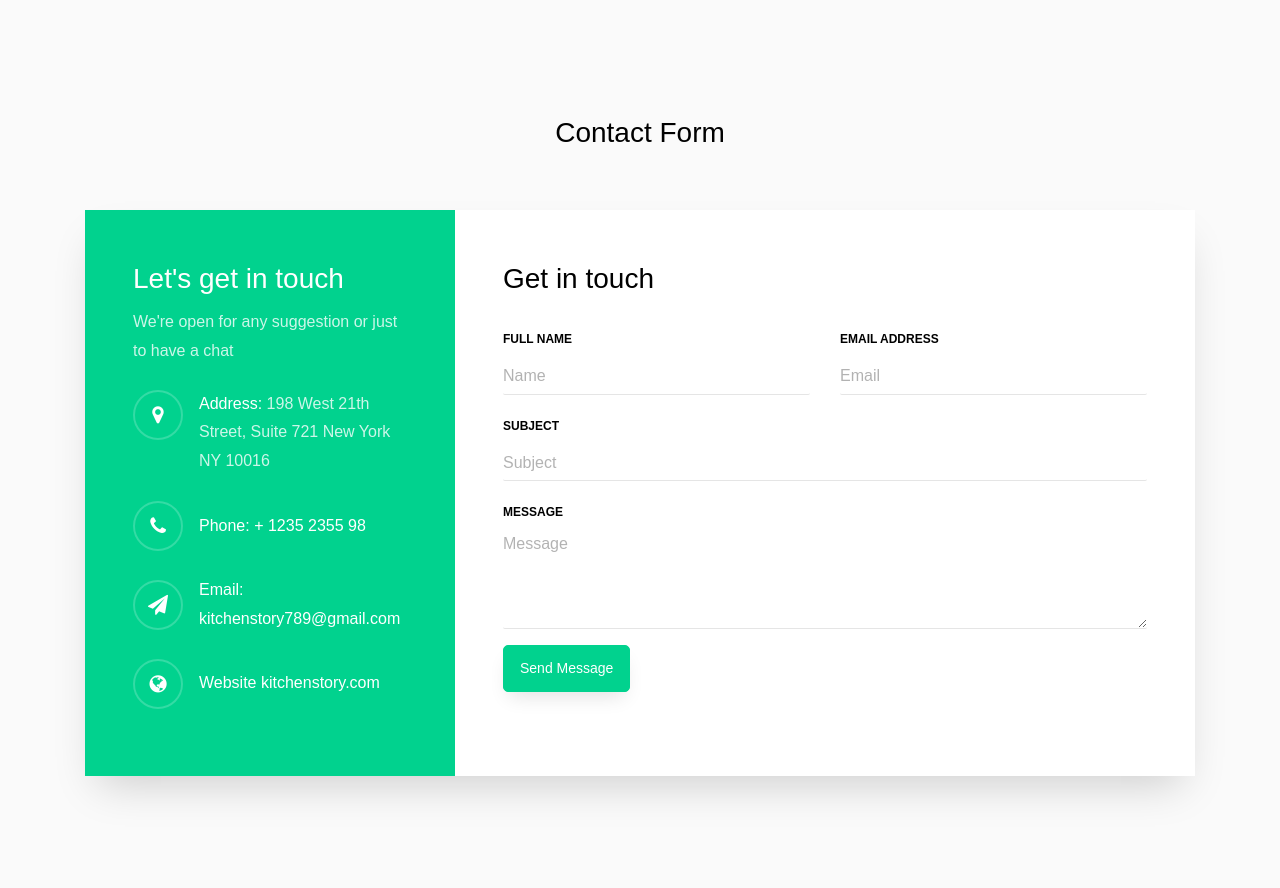
Repository: manishmachha/project-kitchenStory
Page: Phase 4 Kitchen Story/src/main/webapp/MessageUS/messageUs.html
These files come from the project's save history. The page is drawn as it stood at one moment and after the next save; the edit follows.
The browser window is 1280 px wide. The pictures show the whole page.

Above is the page before, as saved 2022-03-08 07:00:07.

### Phase 4 Kitchen Story/src/main/webapp/MessageUS/messageUs.html
<!doctype html>
<html lang="en">

<head>
    <title>Contact Form 02</title>
    <meta charset="utf-8">
    <meta name="viewport" content="width=device-width, initial-scale=1, shrink-to-fit=no">

    <link href='https://fonts.googleapis.com/css?family=Roboto:400,100,300,700' rel='stylesheet' type='text/css'>

    <link rel="stylesheet" href="https://stackpath.bootstrapcdn.com/font-awesome/4.7.0/css/font-awesome.min.css">

    <link rel="stylesheet" href="css/style.css">

</head>

<body>
    <section class="ftco-section">
        <div class="container">
            <div class="row justify-content-center">
                <div class="col-md-6 text-center mb-5">
                    <h2 class="heading-section">Contact Form</h2>
                </div>
            </div>
            <div class="row justify-content-center">
                <div class="col-md-12">
                    <div class="wrapper">
                        <div class="row no-gutters">
                            <div class="col-lg-8 col-md-7 order-md-last d-flex align-items-stretch">
                                <div class="contact-wrap w-100 p-md-5 p-4">
                                    <h3 class="mb-4">Get in touch</h3>
                                    <div id="form-message-warning" class="mb-4"></div>
                                    <div id="form-message-success" class="mb-4">
                                        Your message was sent, thank you!
                                    </div>
                                    <form method="POST" id="contactForm" name="contactForm" class="contactForm">
                                        <div class="row">
                                            <div class="col-md-6">
                                                <div class="form-group">
                                                    <label class="label" for="name">Full Name</label>
                                                    <input type="text" class="form-control" name="name" id="name" placeholder="Name">
                                                </div>
                                            </div>
                                            <div class="col-md-6">
                                                <div class="form-group">
                                                    <label class="label" for="email">Email Address</label>
                                                    <input type="email" class="form-control" name="email" id="email" placeholder="Email">
                                                </div>
                                            </div>
                                            <div class="col-md-12">
                                                <div class="form-group">
                                                    <label class="label" for="subject">Subject</label>
                                                    <input type="text" class="form-control" name="subject" id="subject" placeholder="Subject">
                                                </div>
                                            </div>
                                            <div class="col-md-12">
                                                <div class="form-group">
                                                    <label class="label" for="#">Message</label>
                                                    <textarea name="message" class="form-control" id="message" cols="30" rows="4" placeholder="Message"></textarea>
                                                </div>
                                            </div>
                                            <div class="col-md-12">
                                                <div class="form-group">
                                                    <input type="submit" value="Send Message" class="btn btn-primary">
                                                    <div class="submitting"></div>
                                                </div>
                                            </div>
                                        </div>
                                    </form>
                                </div>
                            </div>
                            <div class="col-lg-4 col-md-5 d-flex align-items-stretch">
                                <div class="info-wrap bg-primary w-100 p-md-5 p-4">
                                    <h3>Let's get in touch</h3>
                                    <p class="mb-4">We're open for any suggestion or just to have a chat</p>
                                    <div class="dbox w-100 d-flex align-items-start">
                                        <div class="icon d-flex align-items-center justify-content-center">
                                            <span class="fa fa-map-marker"></span>
                                        </div>
                                        <div class="text pl-3">
                                            <p><span>Address:</span> 198 West 21th Street, Suite 721 New York NY 10016</p>
                                        </div>
                                    </div>
                                    <div class="dbox w-100 d-flex align-items-center">
                                        <div class="icon d-flex align-items-center justify-content-center">
                                            <span class="fa fa-phone"></span>
                                        </div>
                                        <div class="text pl-3">
                                            <p><span>Phone:</span> <a href="tel://1234567920">+ 1235 2355 98</a></p>
                                        </div>
                                    </div>
                                    <div class="dbox w-100 d-flex align-items-center">
                                        <div class="icon d-flex align-items-center justify-content-center">
                                            <span class="fa fa-paper-plane"></span>
                                        </div>
                                        <div class="text pl-3">
                                            <p><span>Email:</span> <a href="mailto:info@yoursite.com">kitchenstory789@gmail.com</a></p>
                                        </div>
                                    </div>
                                    <div class="dbox w-100 d-flex align-items-center">
                                        <div class="icon d-flex align-items-center justify-content-center">
                                            <span class="fa fa-globe"></span>
                                        </div>
                                        <div class="text pl-3">
                                            <p><span>Website</span> <a href="#">kitchenstory.com</a></p>
                                        </div>
                                    </div>
                                </div>
                            </div>
                        </div>
                    </div>
                </div>
            </div>
        </div>
    </section>

    <script src="js/jquery.min.js"></script>
    <script src="js/popper.js"></script>
    <script src="js/bootstrap.min.js"></script>
    <script src="js/jquery.validate.min.js"></script>
    <script src="js/main.js"></script>

</body>

</html>

Loaded but not shown: Phase 4 Kitchen Story/src/main/webapp/MessageUS/css/style.css (library); Phase 4 Kitchen Story/src/main/webapp/MessageUS/js/jquery.min.js (library); Phase 4 Kitchen Story/src/main/webapp/MessageUS/js/popper.js (library); Phase 4 Kitchen Story/src/main/webapp/MessageUS/js/bootstrap.min.js (library); Phase 4 Kitchen Story/src/main/webapp/MessageUS/js/jquery.validate.min.js (library); Phase 4 Kitchen Story/src/main/webapp/MessageUS/js/main.js (common file)

After the next save:
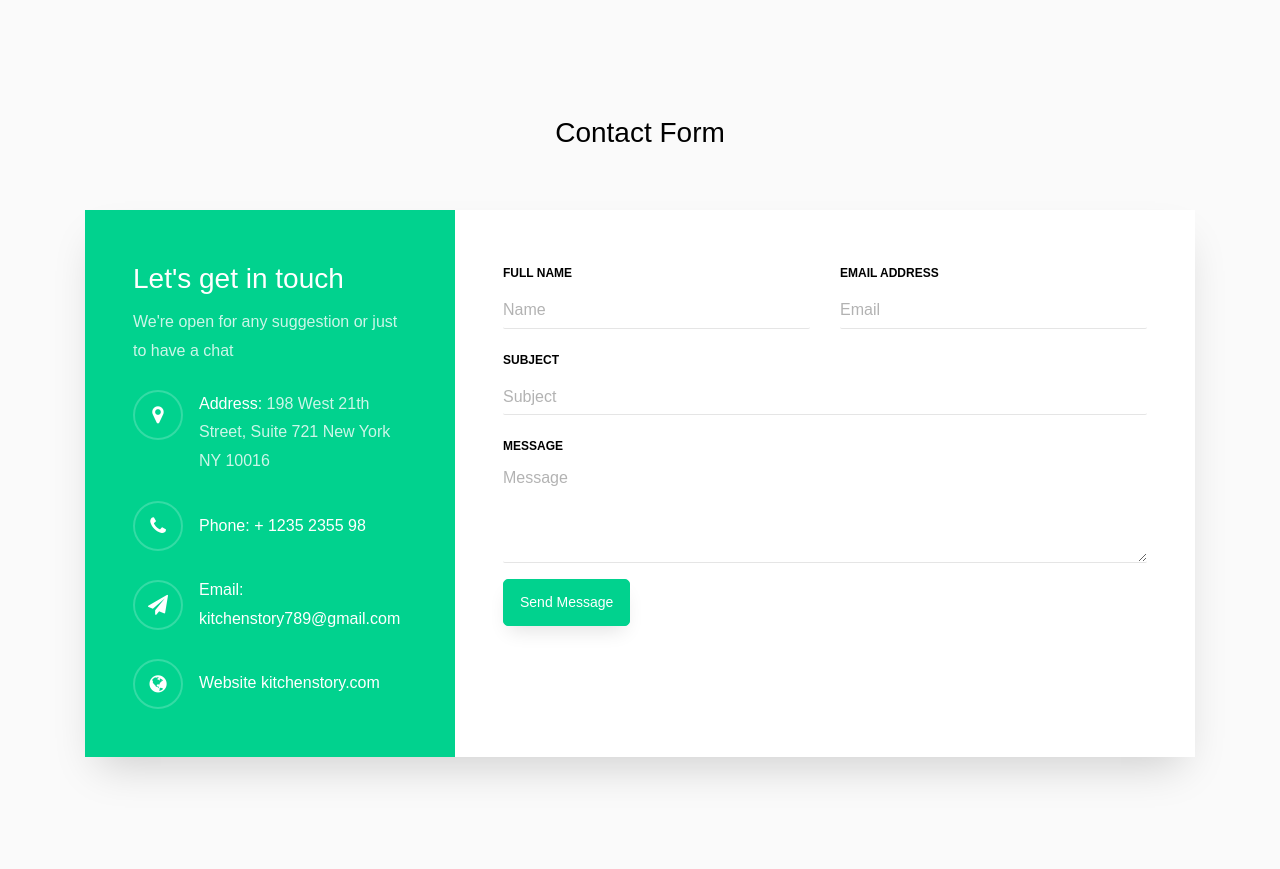
Saved 74 s later.
--- a/Phase 4 Kitchen Story/src/main/webapp/MessageUS/messageUs.html
+++ b/Phase 4 Kitchen Story/src/main/webapp/MessageUS/messageUs.html
@@ -28,7 +28,6 @@
                         <div class="row no-gutters">
                             <div class="col-lg-8 col-md-7 order-md-last d-flex align-items-stretch">
                                 <div class="contact-wrap w-100 p-md-5 p-4">
-                                    <h3 class="mb-4">Get in touch</h3>
                                     <div id="form-message-warning" class="mb-4"></div>
                                     <div id="form-message-success" class="mb-4">
                                         Your message was sent, thank you!

After the save that followed:
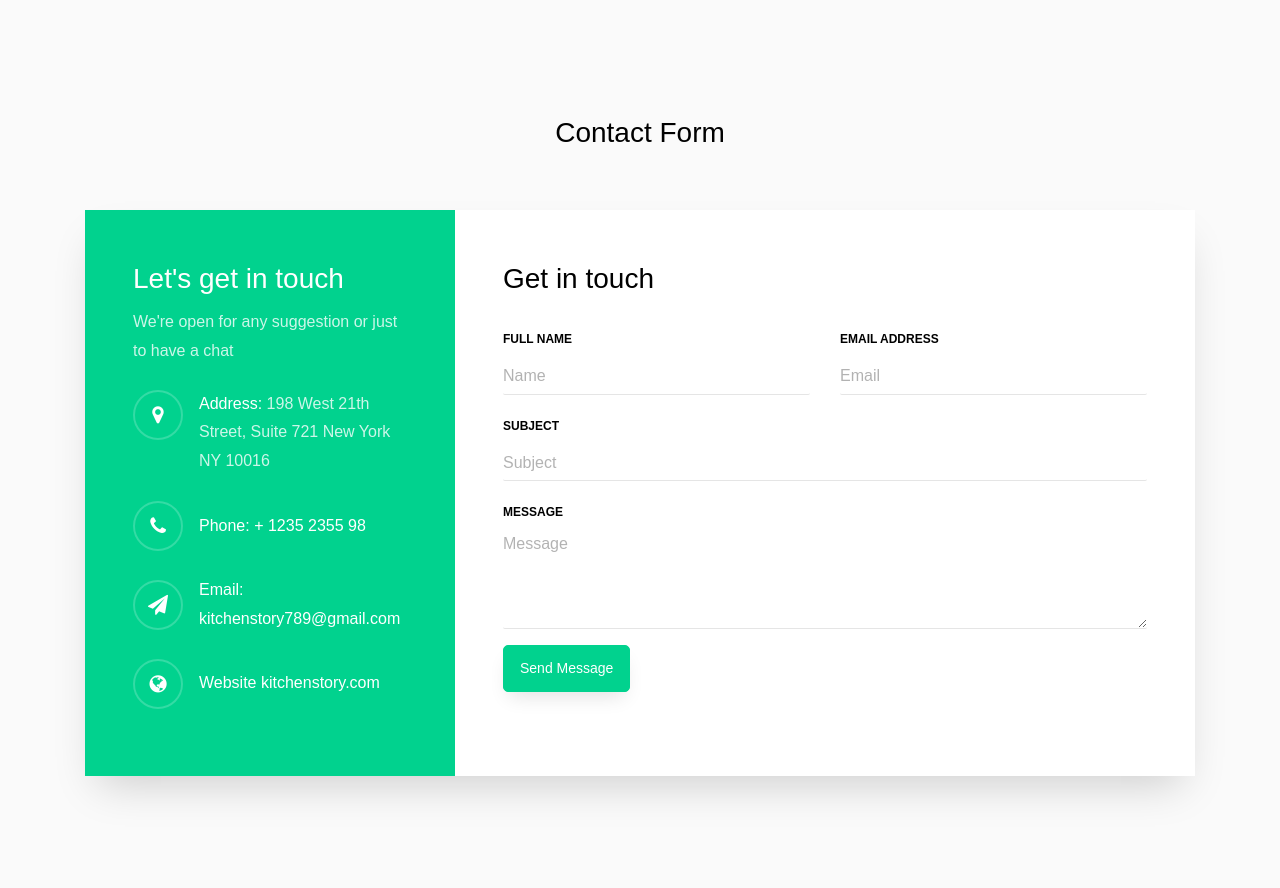
Saved 8 s later.
--- a/Phase 4 Kitchen Story/src/main/webapp/MessageUS/messageUs.html
+++ b/Phase 4 Kitchen Story/src/main/webapp/MessageUS/messageUs.html
@@ -28,6 +28,7 @@
                         <div class="row no-gutters">
                             <div class="col-lg-8 col-md-7 order-md-last d-flex align-items-stretch">
                                 <div class="contact-wrap w-100 p-md-5 p-4">
+                                    <h3 class="mb-4">Get in touch</h3>
                                     <div id="form-message-warning" class="mb-4"></div>
                                     <div id="form-message-success" class="mb-4">
                                         Your message was sent, thank you!
